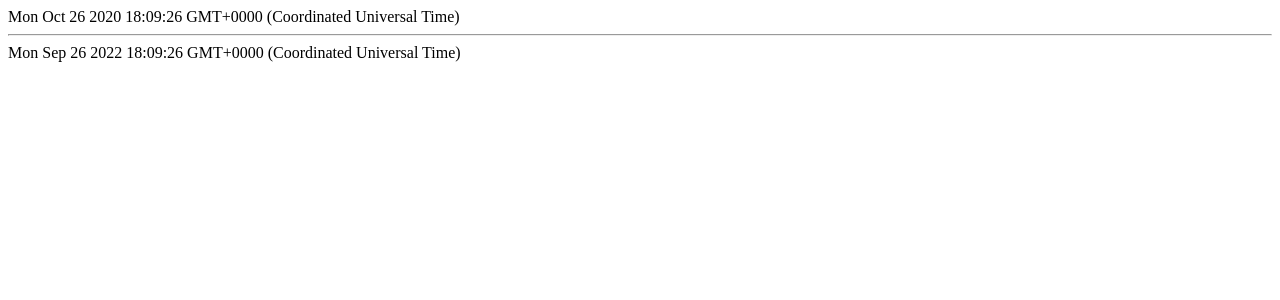
Repository: TeoNogueira/Aulas-Udemy-DevFull-Stack-Por-Jamilton-Damasceno-e-Jorge-Sant-Ana-
Page: public_project/JavaScript/function_native_datas.html
The author's editor kept a copy of each file at every save. The page is drawn from the files as they stood at one save, then again after the next save.
The browser window is 1280 px wide. The pictures show the whole page.

Above is the page before, as saved 2020-10-26 19:29:24.

After the next save:
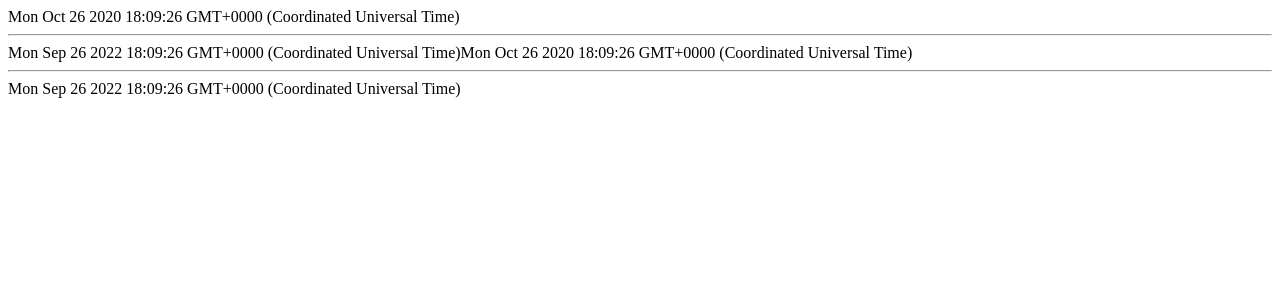
Saved 10 s later.
--- a/public_project/JavaScript/function_native_datas.html
+++ b/public_project/JavaScript/function_native_datas.html
@@ -27,9 +27,22 @@ data.setDate(data.getDate() + 700) // adicionando dias para a data atual
 document.write('<hr />')
 
 document.write(data.toString())
-// --------------x-----------x-------------x----------------
 
 
+// --------------x-----------x-------------x----------------------------------------------------------------
+
+
+
+
+var data = new Date()
+
+document.write(data.toString())
+
+data.setDate(data.getDate() + 700) // adicionando dias para a data atual
+
+document.write('<hr />')
+
+document.write(data.toString())
 
 
 
